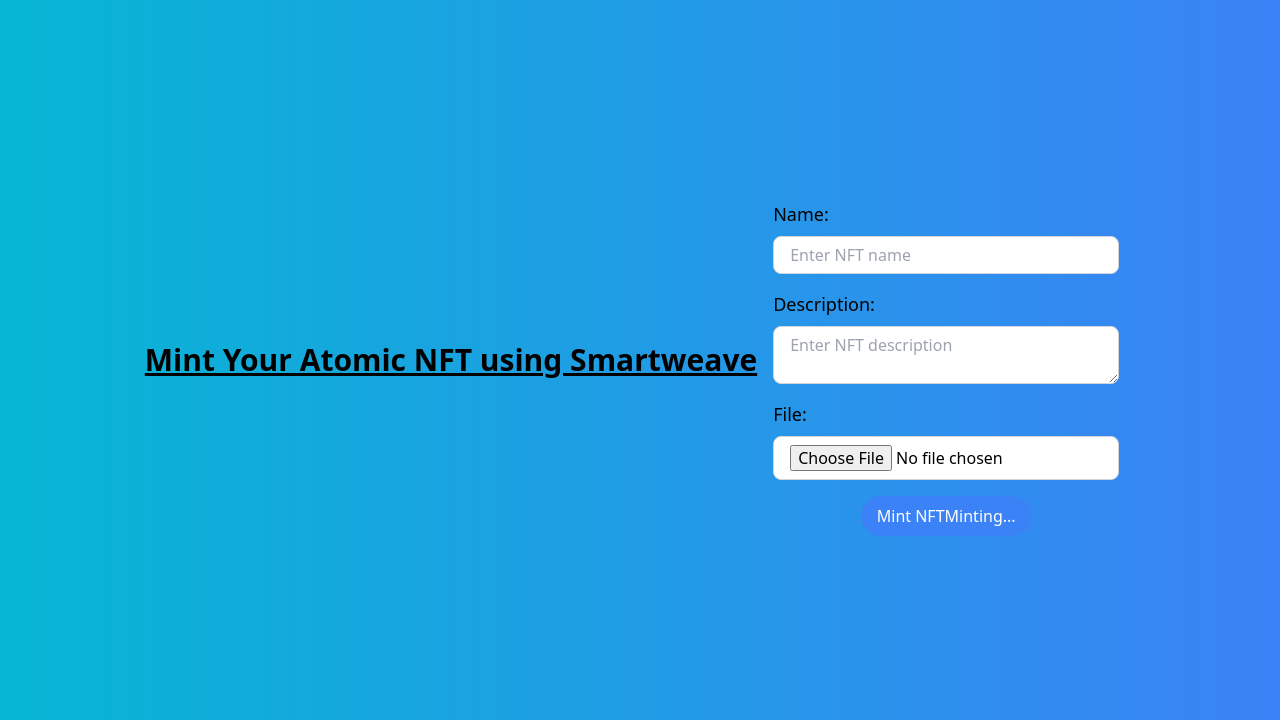
Repository: pawelpiwowarski/arweave-nft
Page: /
These files come from the project's save history. The page is drawn as it stood at one moment and after the next save; the edit follows.
The browser window is 1280 px wide. The pictures show the whole page.
The project was rebuilt for these pictures with package versions that can differ from the ones it lists, and the page was loaded fresh each time. The framework's server and built-in components were replaced by stand-ins that run in the browser.

Above is the page before, as saved 2023-01-30 22:08:49.

### pages/_app.tsx
import '../styles/globals.css'

function MyApp({ Component, pageProps }) {
    return <Component {...pageProps} />
    }

export default MyApp

### pages/index.tsx
import { useState } from "react";
import connectToContract from '../configureWarpClient'
import FormData from "form-data";

function HomePage() {

const [name, setName] = useState<string | null>(null);
const [contract, setContract] = useState<string | null>(null);
const [image, setImage] = useState<string | null>(null);
const [description, setDescription] = useState<string | null>(null);
const [loading, setLoading] = useState<boolean>(false);



  async function handleSubmision(event: any) {
    setLoading(true);
    const file = document.getElementById('file') as HTMLInputElement;

    // prevent fromm re
    event.preventDefault();
    const {address} = await connectToContract();
    console.log(file.files[0])
    const formData = new FormData() as any;
    formData.append('address', address);
    formData.append('blob', file.files[0]);
    formData.append('name', name);
    formData.append('description', description);

    const respoonse  = await fetch('/api/mint', { method: 'POST', body: formData });


    const {image, contract} = await respoonse.json();
    console.log(image, contract);
    setContract(contract);
    setImage(image);
    setLoading(false);

  }
  async function handleFile() {

    console.log('file selected');



  }




  return (

       //centered div and apply nice background color
    <div className="bg-gradient-to-r from-cyan-500 to-blue-500 flex justify-center items-center h-screen bg-gray-100">


      { !contract && <h1 className="text-3xl font-bold underline" >Mint Your Atomic NFT using Smartweave </h1>}
      { contract && <img className="mx-auto" src={image} alt="NFT" /> }
      <form>
  <div className="flex flex-col m-4">

    <label className="text-lg font-medium mb-2" >Name:</label>
    <input className="bg-white focus:outline-none focus:shadow-outline-blue border border-gray-300 rounded-lg py-2 px-4 block w-full leading-5"
     type="text" id="name" name="name" placeholder="Enter NFT name" onChange= {(e)=> {

      setName(e.target.value);

     }}required/>
  </div>

  <div className="flex flex-col m-4">
    <label className="text-lg font-medium mb-2" >Description:</label>
    <textarea className="bg-white focus:outline-none focus:shadow-outline-blue border border-gray-300 rounded-lg py-2 px-4 block w-full leading-5"
    id="description" name="description" placeholder="Enter NFT description" onChange = {(e)=> {

        setDescription(e.target.value);

    }}required></textarea>
  </div>

  <div className="flex flex-col m-4">
    <label className="text-lg font-medium mb-2" >File:</label>
    <input className="bg-white focus:outline-none focus:shadow-outline-blue border border-gray-300 rounded-lg py-2 px-4 block w-full leading-5"
     type="file" id="file" name="file" onChange={handleFile} placeholder="Select NFT file" required/>
  </div>

  <div className="flex justify-center">
    <button className={`bg-blue-500 text-white py-2 px-4 rounded-full hover:bg-blue-600 ${
        loading ? 'cursor-wait' : ''
      }`} onClick={handleSubmision}>

      Mint NFT
      {loading ? (
        <span className="spinner spinner-border spinner-border-sm text-white" role="status" aria-hidden="true"></span>
      ) : (
        'Minting...'
      )}
    </button>

  </div>
  {contract &&
  <div className="flex  flex-col m-4">
    <p className="text-lg font-medium mb-2" >  Your Atomic NFT has been sucessfully minted on the Arweave blockchain  you can see by clicking on this link <a target="_blank" href={contract}> {contract}</a></p>





  </div>

  }

</form>






    </div>

  );
}

export default HomePage;

### configureWarpClient.ts
import { WarpFactory } from "warp-contracts";


let warp;


async function connectToContract() {
  warp = WarpFactory.forMainnet();

  // obtain the signature from the user who is using ArConnect wallet

  await window.arweaveWallet.connect([
    "ACCESS_ADDRESS",
    "SIGN_TRANSACTION",
    "SIGNATURE",
  ]);

  const address = await window.arweaveWallet.getActiveAddress();
  return { address };
}

export default connectToContract;

Loaded but not shown: styles/globals.css (common file); tailwind.config.js (common file)

After the next save:
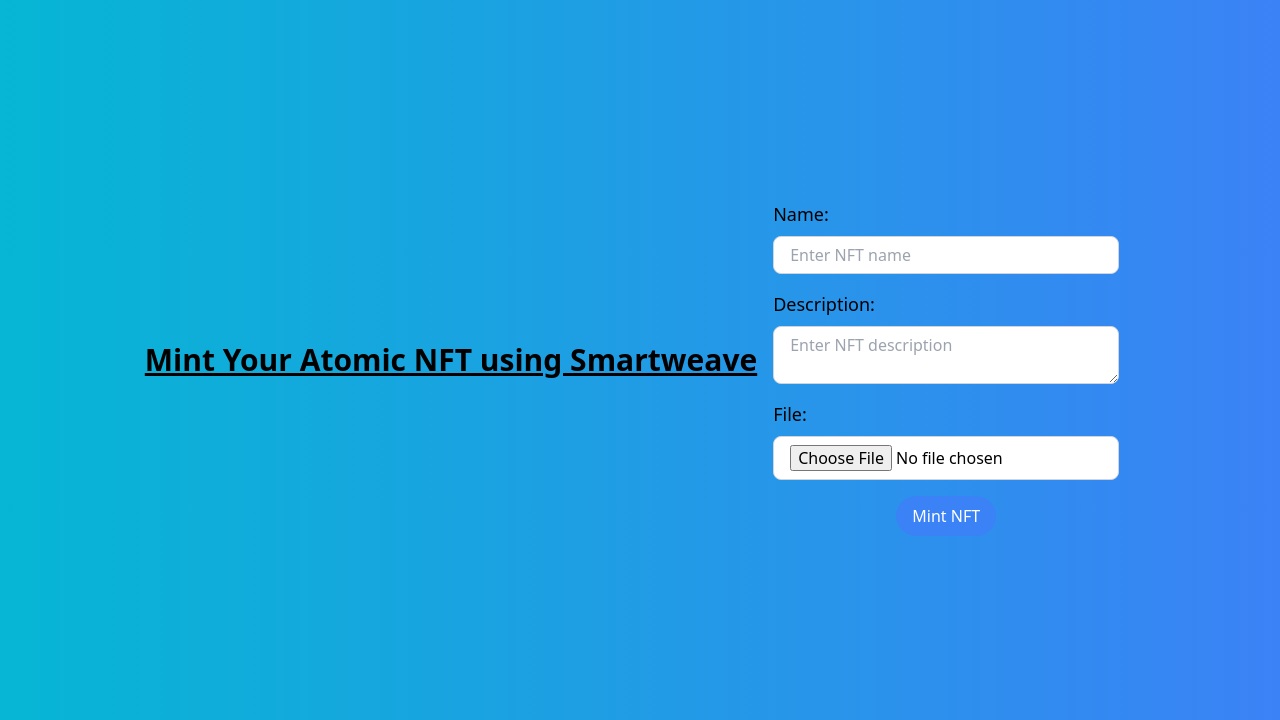
Saved 59 s later.
--- a/pages/index.tsx
+++ b/pages/index.tsx
@@ -89,7 +89,7 @@
       }`} onClick={handleSubmision}>
 
       Mint NFT
-      {loading ? (
+      {!loading ? (
         <span className="spinner spinner-border spinner-border-sm text-white" role="status" aria-hidden="true"></span>
       ) : (
         'Minting...'
